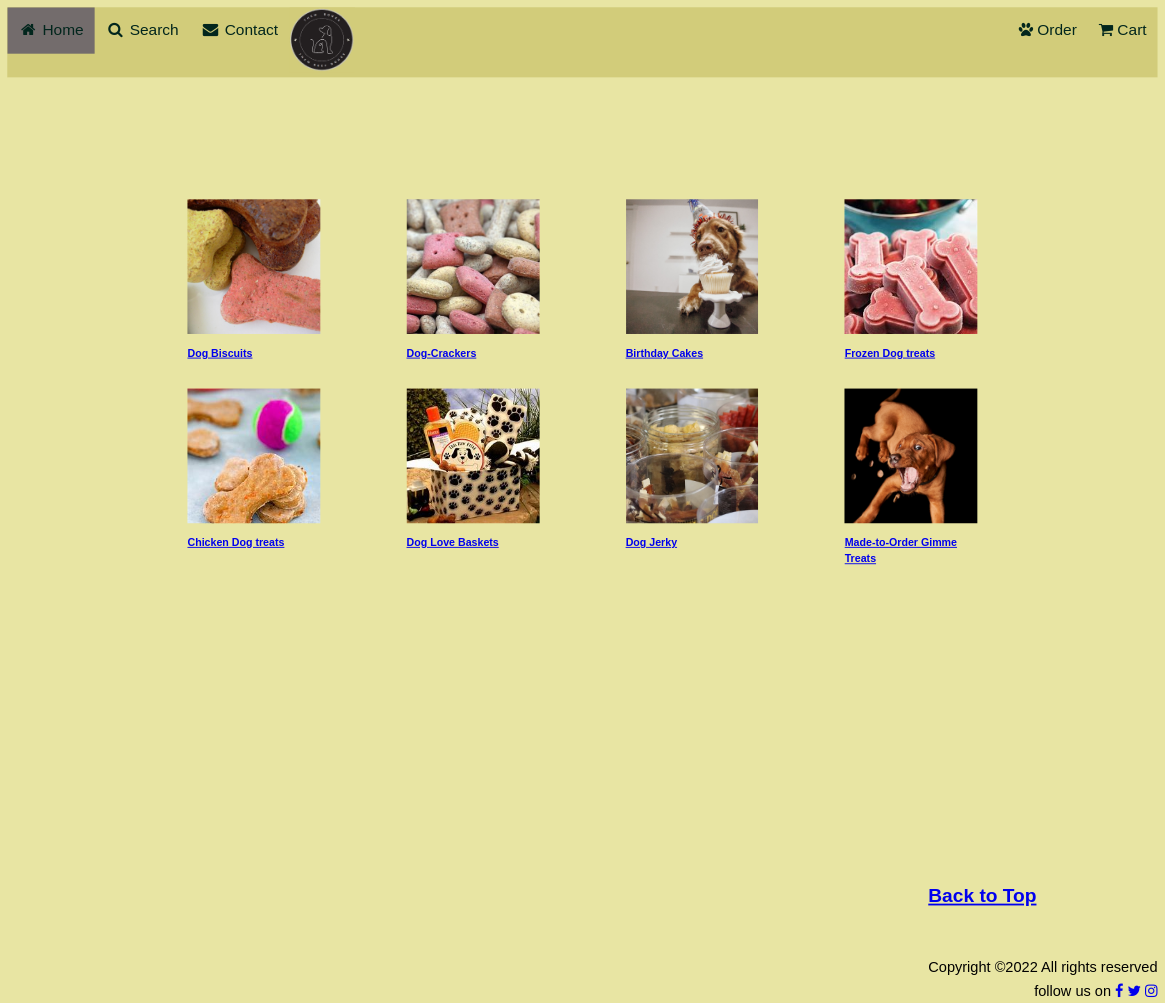
Repository: vgoins-RA2022/HTML-1
Page: index.html
The author's editor kept a copy of each file at every save. The page is drawn from the files as they stood at one save, then again after the next save.
The browser window is 1280 px wide. The pictures show the whole page, at 91% of full size.

Above is the page before, as saved 2023-01-21 19:57:35.

After the next save:
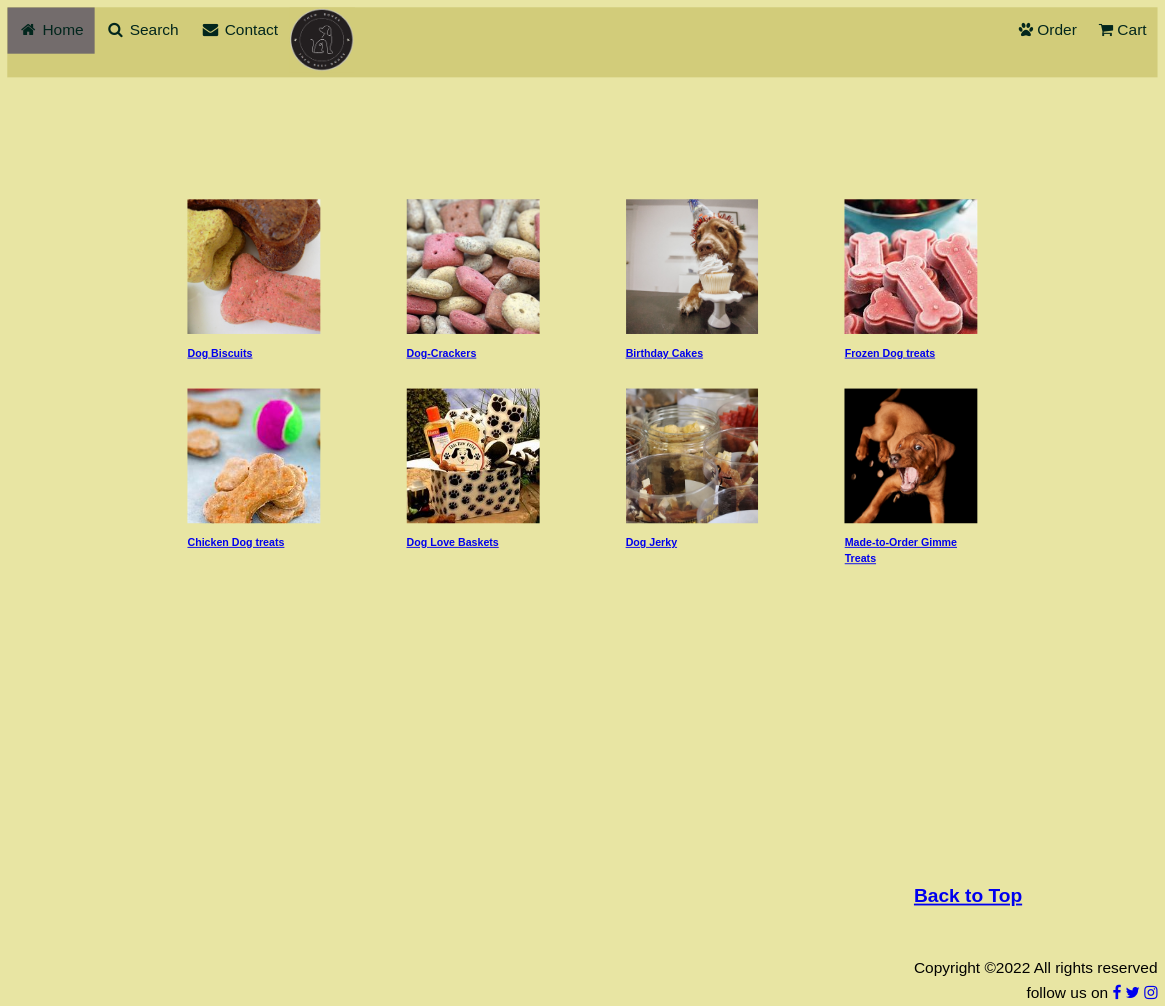
Saved 101 s later.
--- a/src/css/Style.css
+++ b/src/css/Style.css
@@ -157,7 +157,7 @@ body {
 }
 
 .navbar-footer {
-  font-size: 16px;
+  font-size: 17px;
   display: flex;
   justify-content: space-between;
 }
